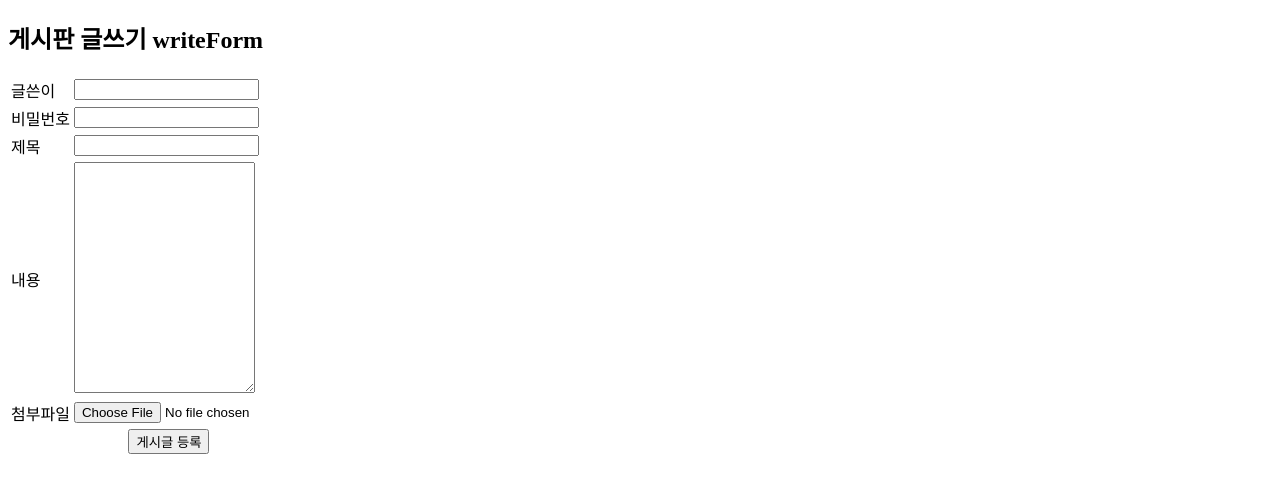
Repository: dongcmd/dong_jsp
Page: http://localhost/model2Study/view/board/writeForm.jsp
An editor plug-in stored every save of this project. The page is shown before and after the next save, followed by the edit.
The browser window is 1280 px wide. The pictures show the whole page.
The page is served by Tomcat 9. Other server files are loaded and not shown.

Above is the page before, as saved 2025-04-17 00:42:03.

### model2Study/src/main/webapp/view/board/writeForm.jsp
<%@ page language="java" contentType="text/html; charset=UTF-8"
    pageEncoding="UTF-8"%>
<%-- /webapp/biew/board/writeForm.jsp --%>
<!DOCTYPE html>
<html>
<head>
<meta charset="UTF-8">
<title>게시글 등록</title>
</head>
<body>
	<form action="write" method="post" enctype="multipart/form-data" name="f">
		<h2 class="text-center">게시판 글쓰기 writeForm</h2>
		<table class="table">
			<tr><td>글쓴이</td>
					<td><input name="writer" class="form-control"></td></tr>
			<tr><td>비밀번호</td>
					<td><input type="password" name="pass" class="form-control"></td></tr>
			<tr><td>제목</td>
					<td><input name="title" class="form-control"></td></tr>
			<tr><td>내용</td>
					<td><textarea rows="15" name="content" class="form-control" id="content"></textarea>
			<tr><td>첨부파일</td>
					<td><input type="file" name="file1"></td></tr>
			<tr><td colspan="2" align="center"><button>게시글 등록</button></td>
		</table>
	</form>
</body>
</html>

After the next save:
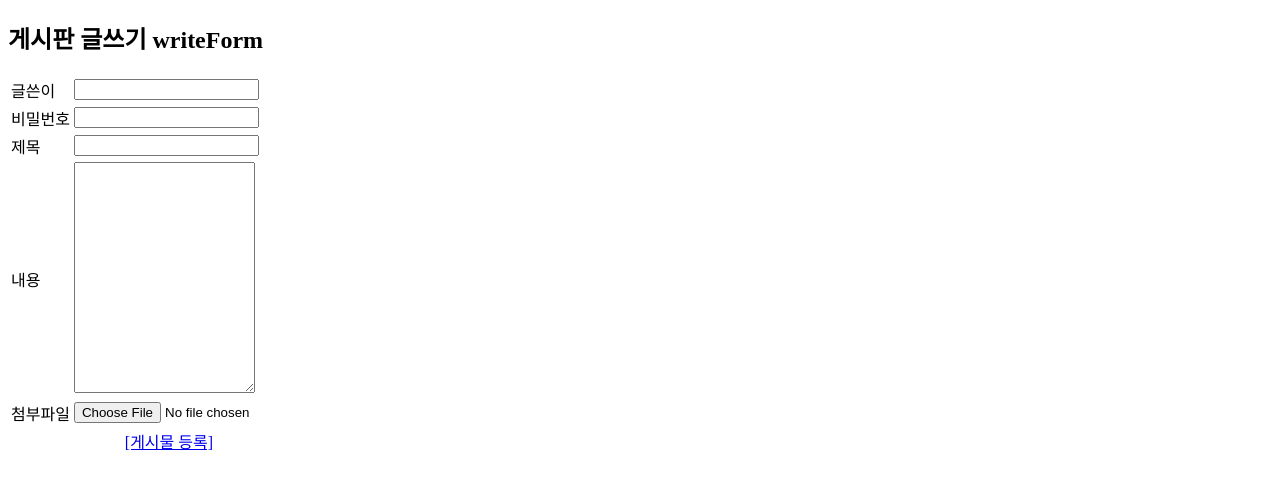
Saved 7 min 55 s later.
--- a/model2Study/src/main/webapp/view/board/writeForm.jsp
+++ b/model2Study/src/main/webapp/view/board/writeForm.jsp
@@ -21,7 +21,7 @@
 					<td><textarea rows="15" name="content" class="form-control" id="content"></textarea>
 			<tr><td>첨부파일</td>
 					<td><input type="file" name="file1"></td></tr>
-			<tr><td colspan="2" align="center"><button>게시글 등록</button></td>
+			<tr><td colspan="2" align="center"><a href="javascript:inputcheck()">[게시물 등록]</a></td>
 		</table>
 	</form>
 </body>
